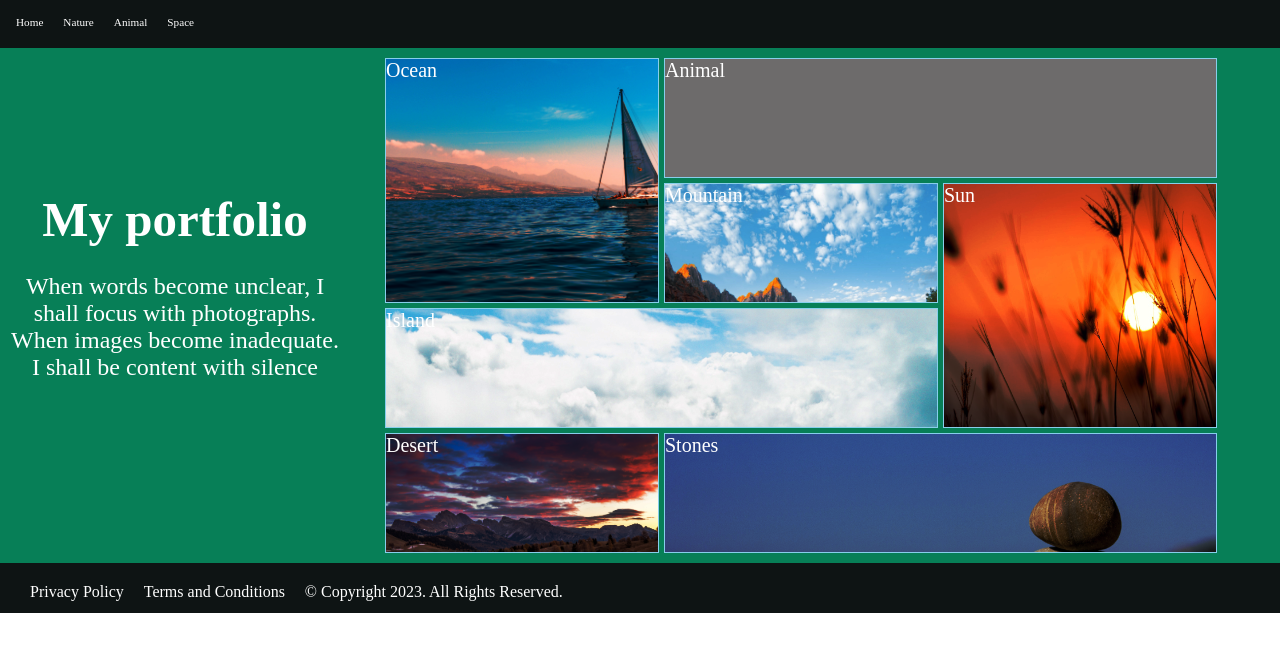
Repository: suraj-yadav7/03_Gallery_Portfolio
Page: index.html
The author's editor kept a copy of each file at every save. The page is drawn from the files as they stood at one save, then again after the next save.
The browser window is 1280 px wide. The pictures show the whole page.
Pictures or frames that could not be fetched are drawn as grey boxes. Some web fonts or font styles are not loaded; a fallback is used.

Above is the page before, as saved 2023-02-14 21:28:06.

### index.html
<!DOCTYPE html>
<html lang="en">
<head>
    <meta charset="UTF-8">
    <meta http-equiv="X-UA-Compatible" content="IE=edge">
    <meta name="viewport" content="width=device-width, initial-scale=1.0">
    <title>Gallery</title>
    <link rel="stylesheet" href="style.css">
</head>
<body>
    <nav class="nav-section">
        <div class="nav-container">
        <ul class="nav-item flex">
            <li>    <a href="#">Home</a>   </li>
            <li>    <a href="#">Nature</a> </li>
            <li>    <a href="#">Animal</a> </li>
            <li>    <a href="#">Space</a> </li>
        </ul>
        </div>
    </nav>

        <div class="container flex">
            <div class="header-text">
                <h1 class="heading">My portfolio</h1>
                <p class="para">When words become unclear, I shall focus with photographs. When images become inadequate. I shall be content with silence</p>
            </div>
            <div class="gallery-layout">
                <div class="box" id="box1">Ocean</div>
                <div class="box" id="box2">Animal</div>
                <div class="box" id="box3">Mountain</div>
                <div class="box" id="box4">Sun</div>
                <div class="box" id="box5">Island</div>
                <div class="box" id="box6">Desert</div>
                <div class="box" id="box7">Stones</div>
            </div>
        </div>
        <footer>
            <div class="flex">
                <a>Privacy Policy</a>
                <a>Terms and Conditions</a>
                <a>© Copyright 2023. All Rights Reserved.</a>
            </div>
        </footer>
</body>
</html>

### style.css
@import url('https://fonts.googleapis.com/css2?family=Bodoni+Moda:ital,opsz@0,6..96;1,6..96&display=swap');

*{
    margin: 0;
    padding: 0;
    box-sizing: border-box;
}

:root{
    --primary-text-color: #1a0000;
    --secondary-text-color:  #33331a;
    --accent-color:  #cc99ff;
    --accent-dark-color: #4d88ff;
    --padding-inline-section: 20px;
}


/* Utility */


a{
    text-decoration: none;
    color: rgb(255, 255, 255);


}

.flex{
    display: flex;
    align-items: center;

}

/* Nav section */
.nav-container{
    background-color: rgb(14, 20, 20);
    padding: 1rem;
    font-family: 'Bodoni Moda', serif;
    font-size: 0.7rem;
    height: 3rem;


}
.nav-item{
    gap: 20px;
    list-style: none;
}
a:hover{
    color:#fff;
}

/*main -section */
.container{
    background-color: rgb(7, 127, 87);
    padding-block: 10px;
    gap: 35px;
    font-family: "bodoni modo" ;

}
.header-text{
    height: 250px;
   width: 350px;
    color: white;
    text-align: center;
    padding: 10px;

}
.heading{
    font-size: 49px;
}
.para{
    margin-top: 25px;
    font-size: 1.5rem;
}
.gallery-layout{
    display: grid;
    row-gap: 5px;
    column-gap: 5px;
    grid-template-columns: repeat(3, 1fr);
    grid-auto-rows: 120px;
    flex-basis: 65%;

}

.box{
    background-color: rgb(63, 60, 60);
    border: 1px solid skyblue;
    background-size: cover;
    background-position: top;
    background-blend-mode: hard-light;
    transition: all 1s ease-in-out;
    cursor: pointer;
    color: white;
    font-size: 20px;


}
.box:hover{
    background-color:rgb(210, 204, 204) ;
    background-position: center;

    box-shadow: 0 0 4px #fff;

}

#box1{
    grid-row: span 2;
    background-image: url("images/pexels-szelei-robert-1482193.jpg");


}

#box2{
    grid-column: span 2;
    background-image: url("images/pexels-dsd-1829979.jpg");

}
#box3{
    background-image: url("images/pexels-michael-block-3225517.jpg");

}

#box4{
    grid-row: span 2;
    background-image: url("images/pexels-darwis-alwan-1454752.jpg");
}

#box5{
    grid-column: span 2;
    background-image: url("images/pexels-michael-block-3225524.jpg");

}
#box6{
    background-image: url("images/pexels-michal-lizuch-2919720.jpg");

}

#box7{
    grid-column: span 2;
    background-image: url("images/pexels-pixabay-235990.jpg");

}


/* Footer */
footer{
    height: 50px;
    max-width: 100%;
    background-color: rgb(14, 20, 20);
    padding: var(--padding-inline-section);
    font-family: 'Bodoni Moda', serif;
    font-size: 1rem;
}
footer a{
margin:0 10px;
}
/* media queries for Mobile Responsiveness */

@media screen and (max-width: 1024px){

    .container{
        flex-direction: column;
        padding: 20px;
    }
    .box{
        grid-column: span 3;
        grid-row: span 1;

    }
.gallery-layout{
    margin-top:-20px;
    width: 100%;
    grid-auto-rows: 100px;
    padding-inline: 12px;
    row-gap: 10px;

}
#box2, #box5, #box7{
    grid-column: span 3;
}

}

After the next save:
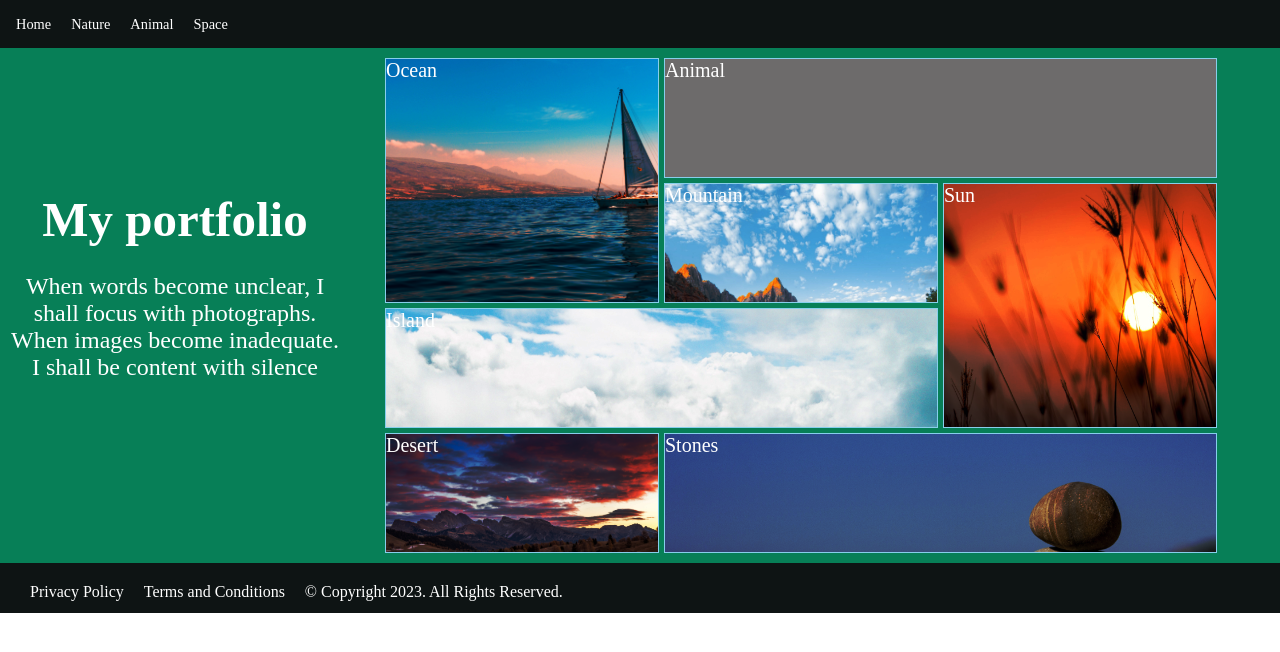
Saved 16 s later.
--- a/style.css
+++ b/style.css
@@ -36,7 +36,7 @@ a{
     background-color: rgb(14, 20, 20);
     padding: 1rem;
     font-family: 'Bodoni Moda', serif;
-    font-size: 0.7rem;
+    font-size: 0.9rem;
     height: 3rem;
 
 
